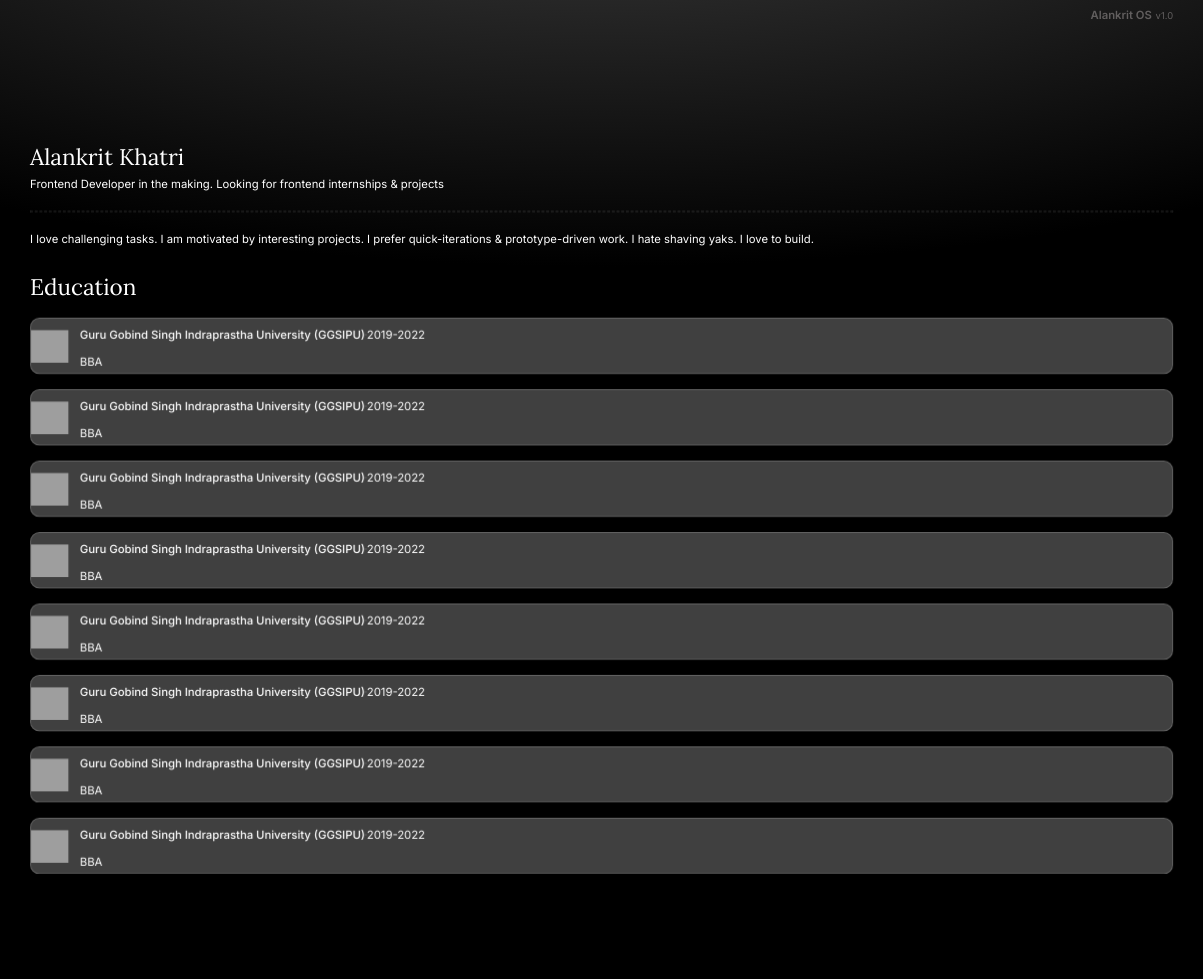
Repository: alankritkhatri/alankrit.xyz
Page: /
An editor plug-in stored every save of this project. The page is shown before and after the next save, followed by the edit.
The browser window is 1280 px wide. The pictures show the whole page, at 94% of full size.
Pictures or frames that could not be fetched are drawn as grey boxes. The project was rebuilt for these pictures with package versions that can differ from the ones it lists, and the page was loaded fresh each time. Also part of the build but not shown: vite.config.js, src/blog.jsx.

Above is the page before, as saved 2024-08-11 21:04:16.

### index.html
<!DOCTYPE html>
<html lang="en">
  <head>
    <meta charset="UTF-8" />

    <link rel="icon" type="image/svg+xml" href="/vite.svg" />
    <link rel="preconnect" href="https://fonts.googleapis.com" />
    <link rel="preconnect" href="https://fonts.gstatic.com" crossorigin />
    <link
      href="https://fonts.googleapis.com/css2?family=Inter:wght@100..900&display=swap"
      rel="stylesheet"
    />

    <link
      href="https://fonts.googleapis.com/css2?family=Lora:ital,wght@0,400..700;1,400..700&display=swap"
      rel="stylesheet"
    />
    <!-- Linkedin link -->
    <script
      src="https://platform.linkedin.com/badges/js/profile.js"
      async
      defer
      type="text/javascript"
    ></script>
<meta name="viewport" content="width=device-width, initial-scale=1.0">
    <title>AlankritOS</title>
  </head>
  <body>
    <div id="root"></div>
    <script type="module" src="/src/main.jsx"></script>
  </body>
</html>

### src/App.jsx
import "./App.css";
import { BrowserRouter as Router, Routes, Route, Link } from "react-router-dom";
import Blog from "./blog";
import Home from "./pages/Home/Home";
const App = () => {
  return (
    <div className="main">
      <Router>
        <Link to="/">
          <div className="logo">
            <h1>Alankrit OS</h1>
            <span>v1.0</span>
          </div>
        </Link>
        <Routes>
          <Route path="/" element={<Home />} />
          <Route path="blog" element={<Blog />} />
        </Routes>
      </Router>
    </div>
  );
};

export default App;

### src/App.css
* {
  margin: 0px;
  padding: 0px;
  box-sizing: border-box;
  font-family: Inter, Haettenschweiler, "Arial Narrow Bold", sans-serif;
}

body,html{
  min-height: 100vh;
background: radial-gradient(100% 50% at 50% -20%, #404040, #000000);

}
.main {



  h1 {
    line-height: 32px;
  }
  h2 {
    line-height: 24px;
  }
  h3 {
    line-height: 16px;
  }
  p {
    line-height: 24px;
  }
  color: white;

  padding: 0px 32px;
  a {
    text-decoration: none;
  }
  .logo {
    color: rgba(126, 121, 121, 0.726);
    display: flex;
    align-items: center;
    justify-content: flex-end;
    gap: 4px;

    font-family: monospace;
    animation: flicker 2s infinite;
    h1 {
      font-size: 12px;
      font-weight: 600;
    }
    span {
      font-size: 10px;
      font-weight: 400;
    }
  }
}
/* logo flickr animation */
@keyframes flicker {
  0% {
    opacity: 0;
  }
  9% {
    opacity: 0;
  }
  10% {
    opacity: 0.5;
  }
  13% {
    opacity: 0;
  }
  20% {
    opacity: 0.5;
  }
  25% {
    opacity: 1;
  }
}
@media only screen and (max-width: 600px) {
    body {
        background-color: rgb(255, 188, 3);
    }
}

### src/pages/Home/Home.jsx
import Infosection from "../../components/Info-Section/Infosection.jsx";
import "./Home.css";
import data from "../../alankrit_data/data.json";
const Home = () => {
  return (
    <div className="home">
      <div
        className="badge-base LI-profile-badge"
        data-locale="en_US"
        data-size="medium"
        data-theme="dark"
        data-type="VERTICAL"
        data-vanity="alankrit-khatri"
        data-version="v1"
      >
        {" "}
        </div>

      <div className="about-section">
        <h1 className="name">Alankrit Khatri</h1>
        <p>
          Frontend Developer in the making. Looking for frontend internships &
          projects
        </p>
        <div className="dashed-line"></div>
        <p>
          I love challenging tasks. I am motivated by interesting projects. I
          prefer quick-iterations & prototype-driven work. I hate shaving yaks.
          I love to build.
        </p>
      </div>
      <div className="education-section">
        <h1>Education</h1>
        <Infosection {...data} />
        <Infosection {...data} />
        <Infosection {...data} />
        <Infosection {...data} />
        <Infosection {...data} />
        <Infosection {...data} />
        <Infosection {...data} />
        <Infosection {...data} />

        {console.log(data)}
      </div>
    </div>
  );
};

export default Home;

### src/components/Info-Section/Infosection.jsx
import "./infoSection.css";
const Infosection = (props) => {
  return (
    <>
      <div className="infosection-details">
        <img
          src={props[0].educationDetails.bachelors.logo}
          alt=""
          style={{ width: "40px", height: "35px" }}
        />
        <div className=" infosection-info">
          <div className="infosection-info-top ">
            <h2 style={{ opacity: "1", fontWeight: "500" }}>
              {props[0].educationDetails.bachelors.schoolName}
            </h2>
            <div className="dashed-line"></div>
            <h2> {props[0].educationDetails.bachelors.schoolYears} </h2>
          </div>

          <div className="infosection-info-bottom">
            <h2> {props[0].educationDetails.bachelors.course}</h2>
          </div>
        </div>
      </div>
    </>
  );
};

export default Infosection;

### src/pages/Home/Home.css
.home {
  margin: 96px 0px;
  display: flex;
  flex-direction: column;
  gap: 24px;
  /* dashed line  */
  .dashed-line {
    margin: 16px 0px;
    opacity: 0.1;
    border-width: 1px;
    border-style: dashed;
    color: rgb(255 255 255);
  }
  .hide {
    display: none;
  }
  h1 {
    font-family: "Lora", serif;
    font-size: 24px;
    font-weight: 400;
  }
  h2 {
    font-size: 12px;
    font-style: normal;
    font-weight: 400;
  }
  h3 {
    font-size: 10px;
    font-style: normal;
    font-weight: 300;
  }
  p {
    font-size: 12px;
  }
  .about-section {
    display: flex;
    flex-direction: column;
    .name {
      line-height: 32px;
    }
  }
}

### src/alankrit_data/data.json
[
  {
    "educationDetails": {
      "className": "education-details",
      "bachelors": {
        "schoolName": "Guru Gobind Singh Indraprastha University (GGSIPU)",
        "schoolYears": "2019-2022",
        "course": "BBA",
        "logo": "https://encrypted-tbn0.gstatic.com/images?q=tbn:ANd9GcRM9GNTFenU_T9caTwA63o86iaVHMnf9eeEPw&s"
      },
      "masters": {
        "schoolName": "Guru Gobind Singh Indraprastha University (GGSIPU)",
        "schoolYears": "2019-2022",
        "logo": "https://encrypted-tbn0.gstatic.com/images?q=tbn:ANd9GcRM9GNTFenU_T9caTwA63o86iaVHMnf9eeEPw&s"
      }
    }
  }
]

### src/components/Info-Section/infoSection.css
.infosection-details {
  background: rgba(255, 255, 255, 0.25);
  -webkit-backdrop-filter: blur(4px);
  border-radius: 10px;
  border: 1px solid rgba(255, 255, 255, 0.18);
  backdrop-filter: blur(10px);
  backdrop-filter: saturate(180%) blur(10px);
  display: flex;
  align-items: center;
  gap: 12px;
  margin: 16px 0px;

  .infosection {
    width: 100%;
    min-width: 80%;
    * {
      line-height: 16px;
    }
    h3 {
      letter-spacing: -0.26px;
      opacity: 0.5;
    }
    h2 {
      opacity: 0.5;
    }
  }
  .infosection-info-top {
    display: flex;
    justify-content: space-between;
    align-items: center;
  }
}

Loaded but not shown: src/main.jsx (common file)

After the next save:
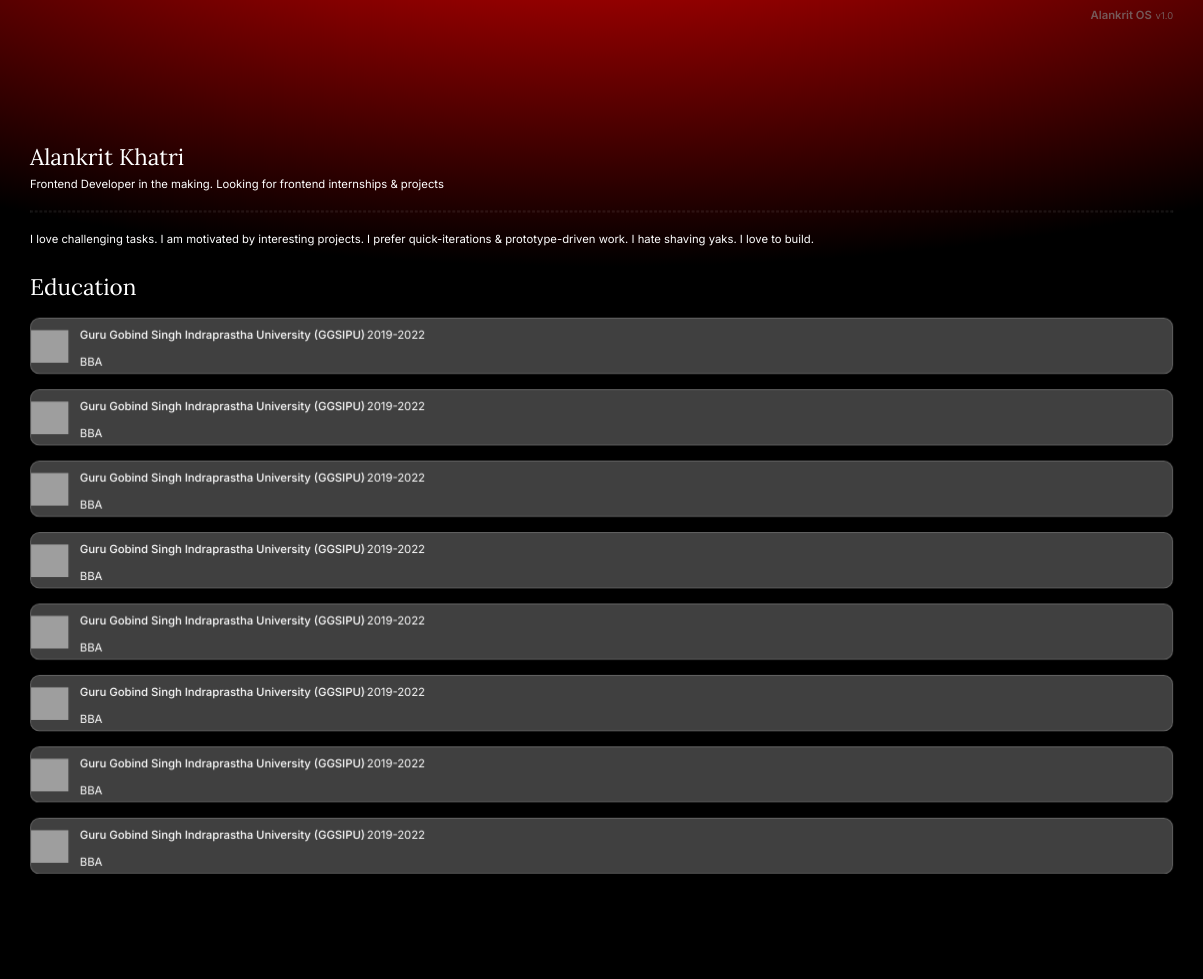
Saved 4 s later.
--- a/src/App.css
+++ b/src/App.css
@@ -7,7 +7,7 @@
 
 body,html{
   min-height: 100vh;
-background: radial-gradient(100% 50% at 50% -20%, #404040, #000000);
+background: radial-gradient(100% 50% at 50% -20%, #f30000, #000000);
 
 }
 .main {
